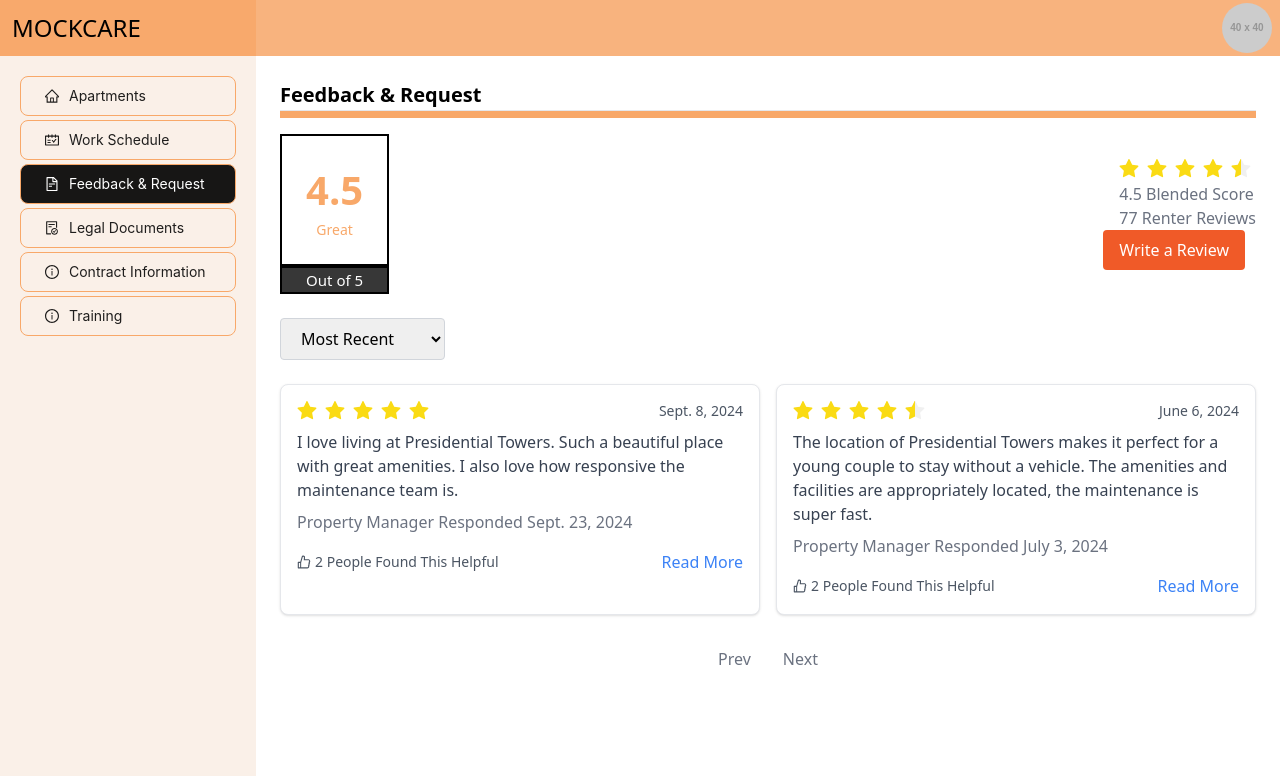
Repository: dunh-real/MockProject_102024_Nhom4
Page: / (app in frontend/)
An editor plug-in stored every save of this project. The page is shown before and after a run of saves, followed by the edit.
The browser window is 1280 px wide. The pictures show the whole page.
The project was rebuilt for these pictures with package versions that can differ from the ones it lists, and the page was loaded fresh each time. Also part of the build but not shown: frontend/vite.config.js, frontend/vite.config.ts, frontend/src/App.css, frontend/src/component/ReviewModal.tsx.

Above is the page before, as saved 2024-10-09 13:11:03.

### frontend/src/App.tsx

import './App.css'
import ReviewList from './pages/Feedback&Request/Feedback&Request'
// import LoginForm from './pages/Login/Login'

function App() {


  return (
    <>
      {/* <LoginForm/> */}
      <ReviewList/>
    </>
  )
}

export default App

### frontend/src/pages/Feedback&Request/Feedback&Request.tsx
import React, { useState } from 'react';
import { Rate } from 'antd'; // Dùng Antd cho Rate, có thể thay thế bằng biểu tượng của Tailwind nếu cần
import { LikeOutlined } from '@ant-design/icons';
import ReviewModal from '../../component/ReviewModal';
import Sidebar from '../../component/Sidebar';

interface Review {
    date: string;
    rating: number;
    text: string;
    managerResponse: string;
    helpfulCount: number;
}

const reviews: Review[] = [
    {
        date: 'Sept. 8, 2024',
        rating: 5,
        text: 'I love living at Presidential Towers. Such a beautiful place with great amenities. I also love how responsive the maintenance team is.',
        managerResponse: 'Property Manager Responded Sept. 23, 2024',
        helpfulCount: 2,
    },
    {
        date: 'June 6, 2024',
        rating: 4.5,
        text: 'The location of Presidential Towers makes it perfect for a young couple to stay without a vehicle. The amenities and facilities are appropriately located, the maintenance is super fast.',
        managerResponse: 'Property Manager Responded July 3, 2024',
        helpfulCount: 2,
    },
];

const ReviewList: React.FC = () => {
    const [showModal, setShowModal] = useState<boolean>(false);
    const [page, setPage] = useState<number>(1);

    const handlePageChange = (page: number) => {
        setPage(page);
    };

    const handleSortChange = (value: string) => {
        console.log(`Sort by: ${value}`);
    };

    return (
        <div className=" min-h-screen  bg-gray-50">
            <div className='flex  bg-[#f8a769d9]  justify-between items-center'>
                <div className=' bg-[#f8a769d9] p-3 w-1/5'>
                    <h1 className='text-2xl'>MOCKCARE</h1>
                </div>
                <div className="flex  justify-end">
                    <img
                        src="https://via.placeholder.com/40"
                        alt="Avatar"
                        className="rounded-full w-[50px] h-[50px] mr-2"
                    />
                </div>
            </div>
            <div className="flex">
                <Sidebar />
                <div className="w-4/5 p-6 bg-white">
                    <div className='mb-4'>
                        <h2 className='text-[20px] font-bold'>Feedback & Request</h2>
                        <hr className='h-[8px] bg-[#F8A869]' />
                    </div>
                    <div className="flex justify-between items-center mb-6">
                        <div className="flex flex-col   items-center">
                            <div className=" text-center text-[#F8A869] border-black border-2  p-6 ">
                                <div className=''>
                                    <p className="text-[40px] font-bold">4.5</p>
                                    <p className="text-sm">Great</p>
                                </div>

                            </div>
                            <div className="text-xs w-full border-black border-2 bg-[#000000c8]">
                                <p className='text-white p-1 text-[15px] text-center'>Out of 5</p>
                            </div>
                        </div>
                        <div>
                            <div className="ml-4">
                                <Rate allowHalf defaultValue={4.5} disabled />
                                <div className="text-gray-500">4.5 Blended Score</div>
                                <div className="text-gray-500">77 Renter Reviews</div>
                            </div>
                            <button
                                onClick={() => setShowModal(true)}
                                className="bg-[#f05a28] text-white px-4 py-2 rounded hover:bg-[#f25f30]"
                            >
                                Write a Review
                            </button>
                        </div>
                    </div>
                    <div className="mb-6 flex justify-between">
                        <select
                            onChange={(e) => handleSortChange(e.target.value)}
                            className="border border-gray-300 rounded px-4 py-2"
                        >
                            <option value="recent">Most Recent</option>
                            <option value="highest">Highest Rating</option>
                            <option value="lowest">Lowest Rating</option>
                        </select>
                    </div>
                    <div className="grid grid-cols-1 md:grid-cols-2 gap-4">
                        {reviews.slice((page - 1) * 2, page * 2).map((review, index) => (
                            <div key={index} className="p-4 border border-gray-200 rounded-lg bg-white shadow">
                                <div className="flex justify-between items-center mb-2">
                                    <Rate allowHalf defaultValue={review.rating} disabled />
                                    <span className="text-sm text-gray-600">{review.date}</span>
                                </div>
                                <p className="text-gray-700">{review.text}</p>
                                <p className="text-gray-500 mt-2">{review.managerResponse}</p>
                                <div className="flex justify-between items-center mt-4">
                                    <div className="flex items-center text-sm text-gray-600">
                                        <LikeOutlined className="mr-1" />
                                        {review.helpfulCount} People Found This Helpful
                                    </div>
                                    <button className="text-blue-500">Read More</button>
                                </div>
                            </div>
                        ))}
                    </div>
                    <div className="flex justify-center mt-6">
                        <button
                            onClick={() => handlePageChange(page - 1)}
                            className="px-4 py-2 text-gray-500"
                            disabled={page === 1}
                        >
                            Prev
                        </button>
                        <button
                            onClick={() => handlePageChange(page + 1)}
                            className="px-4 py-2 text-gray-500"
                        >
                            Next
                        </button>
                    </div>
                </div>
            </div>
            {showModal && <ReviewModal setShowModal={setShowModal} />}
        </div>
    );
};

export default ReviewList;

### frontend/src/component/Sidebar.tsx
import { Menu } from 'antd';
import { HomeOutlined, ScheduleOutlined, FileTextOutlined, FileDoneOutlined, InfoCircleOutlined } from '@ant-design/icons';

const Sidebar = () => {
  return (
    <div style={{ width: '20%', minHeight: '100vh', backgroundColor: '#FAF0E8', padding: '1rem' }}>
      <Menu
        defaultSelectedKeys={['feedback']}
        mode="inline"
        style={{ backgroundColor: '#FAF0E8', borderRight: 0 }}
      >
        <Menu.Item
          key="apartments"
          icon={<HomeOutlined />}
          style={{
            padding: '12px 24px',
            border:1, borderStyle:'solid', borderColor:'#F8A869'
          }}
        >
          Apartments
        </Menu.Item>
        <Menu.Item
          key="schedule"
          icon={<ScheduleOutlined />}
          style={{
            padding: '12px 24px',
            border:1, borderStyle:'solid', borderColor:'#F8A869'
          }}
        >
          Work Schedule
        </Menu.Item>
        <Menu.Item
          key="feedback"
          icon={<FileTextOutlined />}
          style={{
            backgroundColor: '#171615',
            color: 'white',
            padding: '12px 24px',
            border:1, borderStyle:'solid', borderColor:'#F8A869'
          }}
        >
          Feedback & Request
        </Menu.Item>
        <Menu.Item
          key="legal"
          icon={<FileDoneOutlined />}
          style={{
            padding: '12px 24px',
            border:1, borderStyle:'solid', borderColor:'#F8A869'
          }}
        >
          Legal Documents
        </Menu.Item>
        <Menu.Item
          key="contract"
          icon={<InfoCircleOutlined />}
          style={{
            padding: '12px 24px',
            border:1, borderStyle:'solid', borderColor:'#F8A869'
          }}
        >
          Contract Information
        </Menu.Item>
        <Menu.Item
          key="training"
          icon={<InfoCircleOutlined />}
          style={{
            padding: '12px 24px',
            border: 1, borderStyle: 'solid', borderColor: '#F8A869'
          }}
        >
          Training
        </Menu.Item>
      </Menu>
    </div>
  );
};

export default Sidebar;

Loaded but not shown: frontend/index.html (common file); frontend/src/main.jsx (common file); frontend/src/index.css (common file); frontend/tailwind.config.js (common file)

After the next 2 saves:
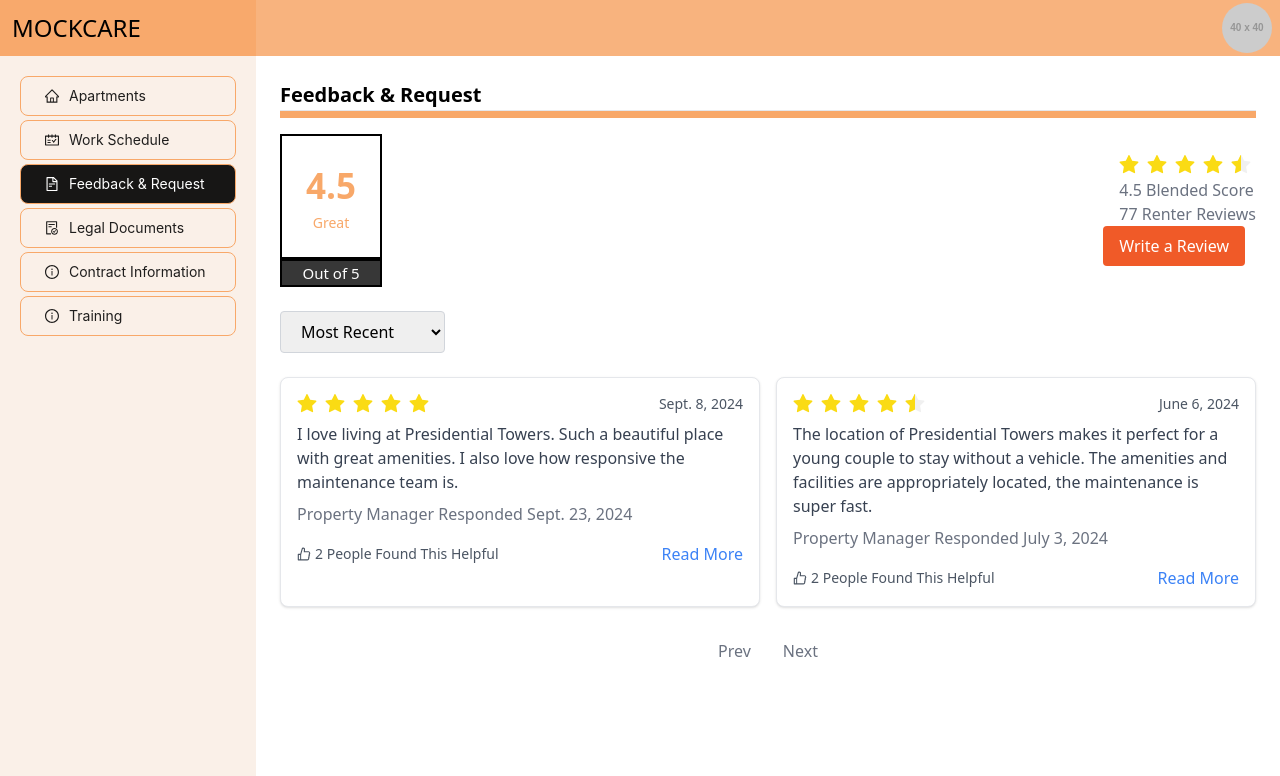
The 2 saves are shown as one change because they came seconds apart.
The last was saved 8 s later.
--- a/frontend/src/pages/Feedback&Request/Feedback&Request.tsx
+++ b/frontend/src/pages/Feedback&Request/Feedback&Request.tsx
@@ -66,7 +66,7 @@ const ReviewList: React.FC = () => {
                         <div className="flex flex-col   items-center">
                             <div className=" text-center text-[#F8A869] border-black border-2  p-6 ">
                                 <div className=''>
-                                    <p className="text-[40px] font-bold">4.5</p>
+                                    <p className="text-[35px] font-bold">4.5</p>
                                     <p className="text-sm">Great</p>
                                 </div>
 
